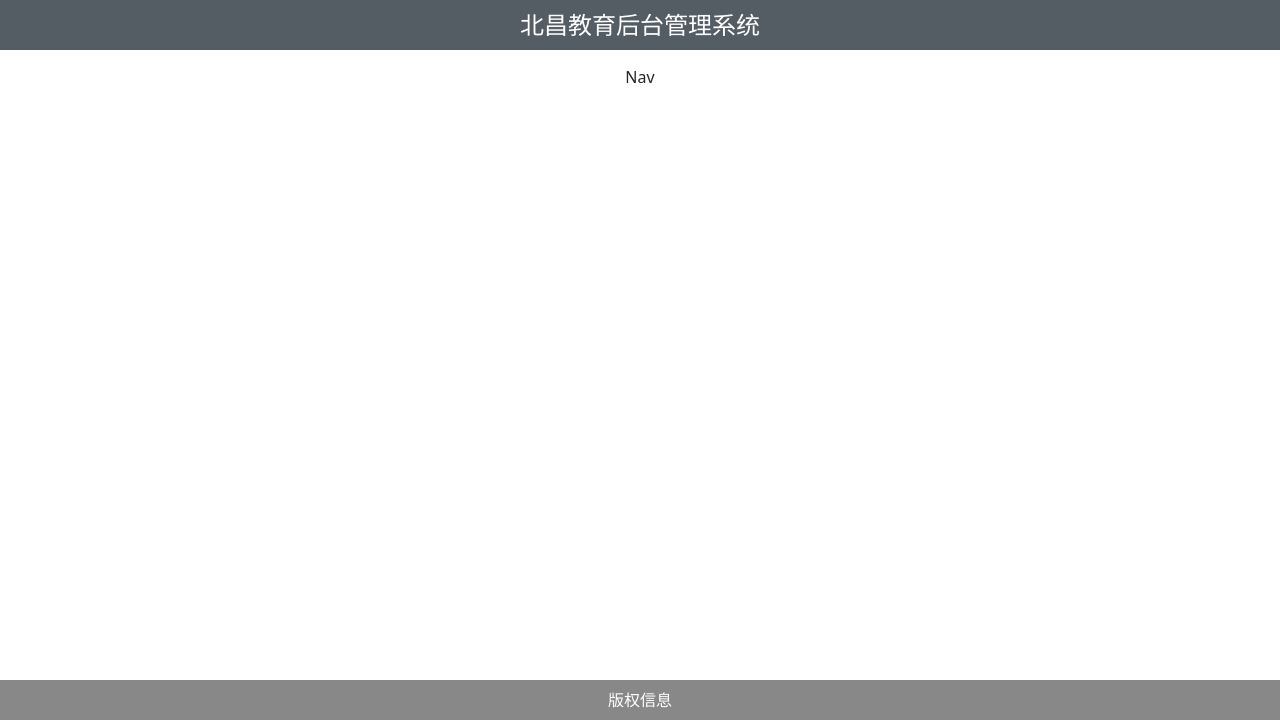
Repository: xiaosi0707/2212-v2
Page: /#/
These files come from the project's save history. The page is drawn as it stood at one moment and after a run of saves; the edit follows.
The browser window is 1280 px wide. The pictures show the whole page.
The project was rebuilt for these pictures with package versions that can differ from the ones it lists, and the page was loaded fresh each time. Also part of the build but not shown: vue.config.js.

Above is the page before, as saved 2023-11-01 14:40:00.

After the next 3 saves:
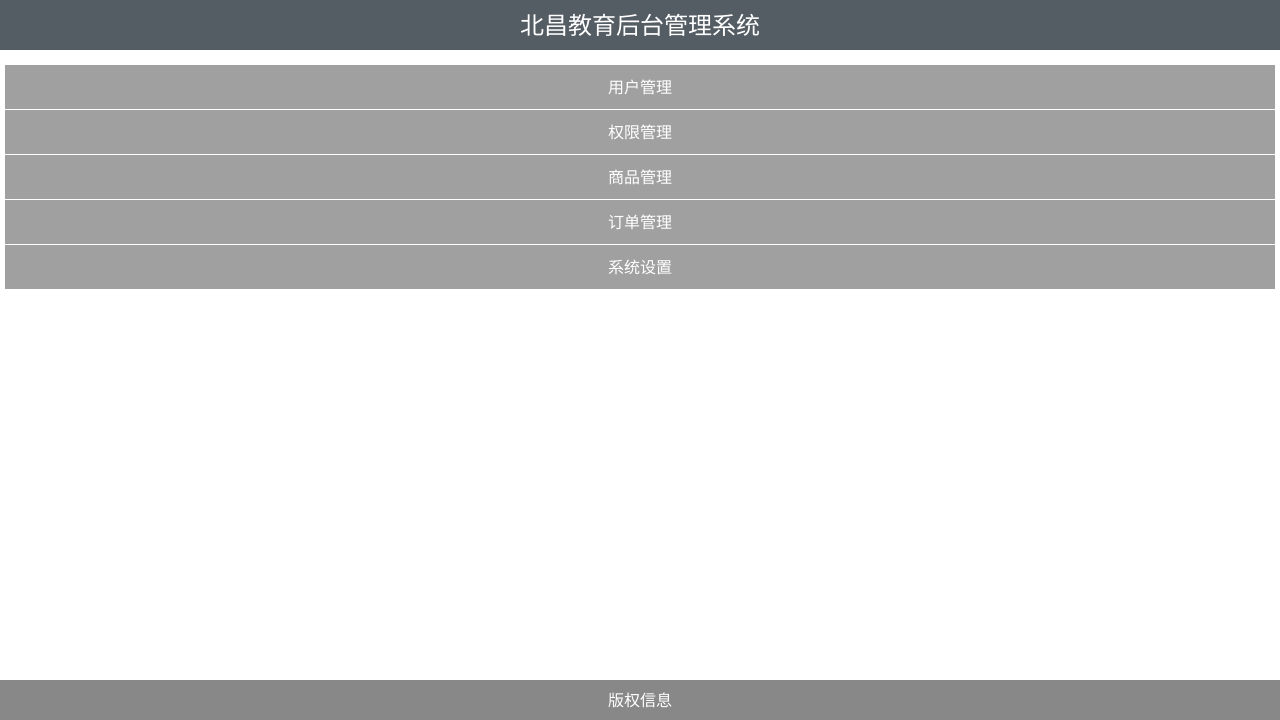
The 3 saves are shown as one change because they came seconds apart.
The last was saved 11 s later.
--- a/src/components/houtai/main.vue
+++ b/src/components/houtai/main.vue
@@ -2,7 +2,7 @@
   <div class="main">
     <div class="content right">
       <div class="main-content">
-        Nav
+        <NavMenu />
       </div>
     </div>
   </div>
